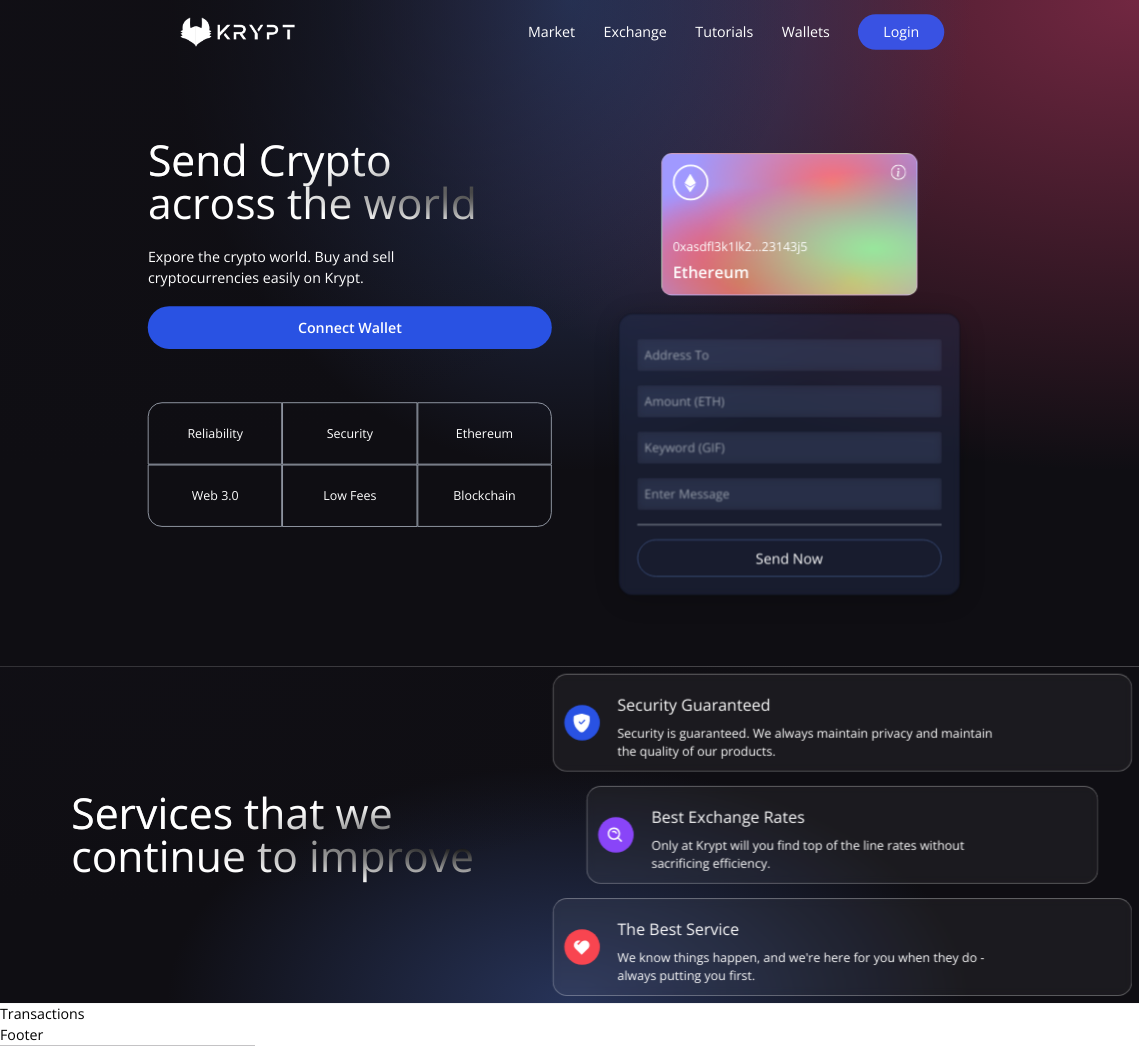
Repository: stephan-chiorean/krypt
Page: / (app in client/)
These files come from the project's save history. The page is drawn as it stood at one moment and after the next save; the edit follows.
The browser window is 1280 px wide. The pictures show the whole page, at 89% of full size.
The project was rebuilt for these pictures with package versions that can differ from the ones it lists, and the page was loaded fresh each time. Also part of the build but not shown: client/vite.config.js, client/src/components/Loader.jsx.

Above is the page before, as saved 2023-03-29 19:22:57.

### client/src/main.jsx
import React from 'react'
import ReactDOM from 'react-dom/client'
import App from './App'
import {TransactionProvider} from './context/TransactionContext';
import './index.css'

ReactDOM.createRoot(document.getElementById('root')).render(
  <TransactionProvider>
  <React.StrictMode>
    <App />
  </React.StrictMode>
  </TransactionProvider>,
)

### client/src/App.jsx
import {Navbar, Welcome, Footer, Services, Transactions} from './components';

const App = () => {

  return (
    <div className="min-h-screen">
      <div className="gradient-bg-welcome">
        <Navbar/>
        <Welcome/>
      </div>
      <Services/>
      <Transactions/>
      <Footer/>
    </div>
  )
}

export default App

### client/src/context/TransactionContext.jsx
import React, { useState, useEffect } from 'react';
import * as ethers from 'ethers';
import { contractABI, contractAddress } from '../utils/constants';

export const TransactionContext = React.createContext();

const { ethereum } = window;

const getEthereumContract = () => {
    console.log(ethers)
  const provider = new ethers.providers.Web3Provider(ethereum);
  const signer = provider.getSigner();
  const transactionContract = new ethers.Contract(
    contractAddress,
    contractABI,
    signer
  );

  return transactionContract;

//   console.log({
//     provider,
//     signer,
//     transactionContract,
//   });
};

export const TransactionProvider = ({ children }) => {
  const [connectedAccount, setConnectedAccount] = useState('');
  const [formData, setFormData] = useState({ addressTo: '', amount: 0, keyword: '', message: ''});
  const [isLoading, setIsLoading] = useState(false);
  const [transactionCount, setTransactionCount] = useState(localStorage.getItem('transactionCount'));

  const handleChange = (e, name) => {
    setFormData((prevState) => ({...prevState, [name]: e.target.value}));
  }

  const checkIfWalletIsConnected = async () => {
    try {
      if (!ethereum) return alert('Please install metamask');

      const accounts = await ethereum.request({ method: 'eth_accounts' });
      if (accounts.length) {
        setConnectedAccount(accounts[0]);
      } else {
        console.log('No accounts found');
      }
      console.log(accounts);
    } catch (err) {
      console.error(err);
      throw new Error('No ethereum object');
    }
  };

  const connectWallet = async () => {
    try {
      if (!ethereum) return alert('Please install metamask');

      const accounts = await ethereum.request({
        method: 'eth_requestAccounts',
      });

      setConnectedAccount(accounts[0]);
      console.log('CONNECTED', connectedAccount);
    } catch (err) {
      console.error(err);
      throw new Error('No ethereum object.');
    }
  };

  const sendTransaction = async() => {
    try {
        if(!ethereum) return alert("Please install metamask");
        const {addressTo, amount, keyword, message} = formData;
        const transactionContract = getEthereumContract();
        const parsedAmount = ethers.utils.parseEther(amount);

        await ethereum.request({
            method: 'eth_sendTransaction',
            params: [{
                from: connectedAccount,
                to: addressTo,
                gas: '0x5208', //21000 gwei
                value: parsedAmount._hex,
            }]
        })

        const transactionHash = await transactionContract.addToBlockchain(addressTo, parsedAmount, message, keyword);
        setIsLoading(true);
        console.log(`Loading - ${transactionHash.hash}`);
        await transactionHash.wait();
        setIsLoading(false);
        console.log(`Success - ${transactionHash.hash}`)

        const transactionCount = await transactionContract.getTransactionCount();
        setTransactionCount(transactionCount.toNumber())


    } catch(err) {
        console.error(err);
    }
  }

  useEffect(() => {
    checkIfWalletIsConnected();
  }, []);
  return (
    <TransactionContext.Provider value={{ connectWallet, connectedAccount, formData, setFormData, handleChange, sendTransaction }}>
      {children}
    </TransactionContext.Provider>
  );
};

### client/src/components/index.js
export {default as Loader} from './Loader';
export {default as Navbar} from './Navbar';
export {default as Footer} from './Footer';
export {default as Welcome} from './Welcome';
export {default as Transactions} from './Transactions';
export {default as Services} from './Services';

### client/src/utils/constants.js
import abi from './Transactions.json';

export const contractABI = abi.abi;
export const contractAddress = '0x48d319b761e733246BF575C86d399bB8EDdA6dEf';

### client/src/components/Navbar.jsx
import { HiMenuAlt4 } from 'react-icons/hi';
import { AiOutlineClose } from 'react-icons/ai';
import { useState } from 'react';

import logo from '../../images/logo.png';

const NavbarItem = ({ title, classProps }) => {
  return <li className={`mx-4 cursor-pointer ${classProps}`}>{title}</li>;
};
export default () => {
  const [toggleMenu, setToggleMenu] = useState(false);
  return (
    <nav className='w-full flex md:justify-center justify-between items-center p-4'>
      <div className='md:flex-[0.5] flex-initial justify-center items-center'>
        <img src={logo} alt='logo' className='w-32 cursor-pointer' />
      </div>
      <ul className='text-white md:flex hidden list-none flex-row justify-between items-center flex-initial'>
        {['Market', 'Exchange', 'Tutorials', 'Wallets'].map((item, index) => (
          <NavbarItem key={item + index} title={item} />
        ))}
        <li className='bg-[#3952e3] py-2 px-7 mx-4 rounded-full cursor-pointer hover:bg-[#2546bd]'>
          Login
        </li>
      </ul>
      <div className='flex relative'>
        {toggleMenu ? (
          <AiOutlineClose
            fontSize={28}
            className='text-white md:hidden cursor-pointer'
            onClick={() => setToggleMenu(false)}
          />
        ) : (
          <HiMenuAlt4
            fontSize={28}
            className='text-white md:hidden cursor-pointer'
            onClick={() => setToggleMenu(true)}
          />
        )}
        {toggleMenu && (
          <ul className="z-10 fixed top-0 -right-2 p-3 w-[70vw] h-screen shadow-2xl md:hidden list-none flex flex-col justify-start items-end rounded-md blue-glassmorphism text-white animate-slide-in">
            <li className='text-xl w-full my-2'>
              <AiOutlineClose onClick={() => setToggleMenu(false)} className="cursor-pointer"/>
            </li>
            {['Market', 'Exchange', 'Tutorials', 'Wallets'].map(
              (item, index) => (
                <NavbarItem key={item + index} title={item} classProps="my-2 text-lg"/>
              )
            )}
          </ul>
        )}
      </div>
    </nav>
  );
};

### client/src/components/Footer.jsx
import React from 'react'

export default() => {
  return (
    <div>Footer</div>
  )
}

### client/src/components/Welcome.jsx
import { AiFillPlayCircle } from 'react-icons/ai';
import { SiEthereum } from 'react-icons/si';
import { BsInfoCircle } from 'react-icons/bs';
import { TransactionContext } from '../context/TransactionContext';
import React, { useContext } from 'react';
import { Loader } from './';
const commonStyles =
  'min-h-[70px] sm:px-0 px-2 sm:min-w-[120px] flex justify-center items-center border-[0.5px] border-gray-400 text-sm font-light text-white';

const Input = ({ placeholder, name, type, value, handleChange }) => (
  <input
    placeholder={placeholder}
    type={type}
    step='0.0001'
    value={value}
    onChange={(e) => handleChange(e, name)}
    className='my-2 w-full rounded-sm p-2 outline-none text-white border-none text-sm white-glassmorphism'
  />
);
export default () => {
  const {
    connectWallet,
    connectedAccount,
    formData,
    sendTransaction,
    handleChange,
  } = useContext(TransactionContext);
  const handleSubmit = (e) => {
    const { addressTo, amount, keyword, message } = formData;
    e.preventDefault();

    if (!addressTo || !amount || !keyword || !message) return;
    sendTransaction();
  };
  return (
    <div className='flex w-full justify-center items-center'>
      <div className='flex md:flex-row flex-col itesm-start justify-between md:p-20 py-12 px-4'>
        <div className='flex flex-1 justify-start flex-col md:mr-10'>
          <h1 className='text-3xl sm:text-5xl text-white text-gradient py-1'>
            Send Crypto <br /> across the world
          </h1>
          <p className='text-left mt-5 text-white font-light md:w-9/12 w-11/12 text-base'>
            Expore the crypto world. Buy and sell cryptocurrencies easily on
            Krypt.
          </p>
          {!connectedAccount && (
            <button
              type='button'
              onClick={connectWallet}
              className='flex flex-row justify-center items-center my-5 bg-[#2952e3] p-3 rounded-full cursor-pointer hover:bg-[#2546bd]'
            >
              <p className='text-white text-base font-semibold'>
                Connect Wallet
              </p>
            </button>
          )}

          <div className='grid sm:grid-cols-3 grid-cols-2 w-full mt-10'>
            <div className={`rounded-tl-2xl ${commonStyles}`}>Reliability</div>
            <div className={commonStyles}>Security</div>
            <div className={`sm:rounded-tr-2xl ${commonStyles}`}>Ethereum</div>
            <div className={`sm:rounded-bl-2xl ${commonStyles}`}>Web 3.0</div>
            <div className={commonStyles}>Low Fees</div>
            <div className={`rounded-br-2xl ${commonStyles}`}>Blockchain</div>
          </div>
        </div>

        <div className='flex flex-col flex-1 items-center justify-start w-full md:mt-0 mt-10'>
          <div className='p-3 justify-end items-start flex-col rounded-xl h-40 sm:w-72 w-full my-5 eth-card white-glassmorphism'>
            <div className='flex justify-between flex-col w-full h-full'>
              <div className='flex justify-between items-start'>
                <div className='w-10 h-10 rounded-full border-2 border-white flex justify-center items-center'>
                  <SiEthereum fontSize={21} color='#fff' />
                </div>
                <BsInfoCircle fontSize={17} color='#fff' />
              </div>
              <div>
                <p className='text-white font-light text-sm'>
                  0xasdfl3k1lk2...23143j5
                </p>
                <p className='text-white font-semibold text-lg mt-1'>
                  Ethereum
                </p>
              </div>
            </div>
          </div>

          <div className='p-5 sm:w-96 w-full flex flex-col justify-start items-center blue-glassmorphism'>
            <Input
              placeholder='Address To'
              name='addressTo'
              type='text'
              handleChange={handleChange}
            />
            <Input
              placeholder='Amount (ETH)'
              name='amount'
              type='number'
              handleChange={handleChange}
            />
            <Input
              placeholder='Keyword (GIF)'
              name='keyword'
              type='text'
              handleChange={handleChange}
            />
            <Input
              placeholder='Enter Message'
              name='message'
              type='text'
              handleChange={handleChange}
            />
            <div className='h-[1px] w-full bg-gray-400 my-2' />
            {false ? (
              <Loader />
            ) : (
              <button
                type='submit'
                onClick={handleSubmit}
                className='text-white w-full mt-2 border-[1px] p-2 border-[#3d4f7c] rounded-full cursor-pointer'
              >
                Send Now
              </button>
            )}
          </div>
        </div>
      </div>
    </div>
  );
};

### client/src/components/Transactions.jsx
import React from 'react'

export default() => {
  return (
    <div>Transactions</div>
  )
}

### client/src/components/Services.jsx
import React from 'react';
import { BsShieldFillCheck } from 'react-icons/bs';
import { BiSearchAlt } from 'react-icons/bi';
import { RiHeart2Fill } from 'react-icons/ri';

const ServiceCard = ({color, title, icon, subtitle}) => (
  <div className='flex flex-row justify-start items-center white-glassmorphism p-3 m-2 cursor-pointer hover:shadow-xl'>
    <div className={`w-10 h-10 rounded-full flex justify-center items-center ${color}`}>
      {icon}
    </div>
    <div className="ml-5 flex flex-col flex-1">
      <h1 className="mt-2 text-white text-lg">{title}</h1>
      <p className="mt-2 text-white text-sm md:w-9/12">{subtitle}</p>
    </div>
  </div>
);
export default () => {
  return (
    <div className='flex w-full justify-center items-center gradient-bg-services'>
      <div className='flex md:flex-row flex-col items-center justify-between md:p-20 py-12 px-4'>
        <div className='flex-1 flex flex-col justify-start items-start'>
          <h1 className='text-white text-3xl sm:text-5xl py-2 text-gradient'>
            Services that we
            <br />
            continue to improve
          </h1>
        </div>
      </div>
      <div className='flex-1 flex flex-col justify-start items-center'>
        <ServiceCard
          color='bg-[#2952e3]'
          title='Security Guaranteed'
          icon={<BsShieldFillCheck fontSize={21} className='text-white' />}
          subtitle="Security is guaranteed. We always maintain privacy and maintain the quality of our products."
        />
        <ServiceCard
          color='bg-[#8945f8]'
          title='Best Exchange Rates'
          icon={<BiSearchAlt fontSize={21} className='text-white' />}
          subtitle="Only at Krypt will you find top of the line rates without sacrificing efficiency."
        />
        <ServiceCard
          color='bg-[#f84550]'
          title='The Best Service'
          icon={<RiHeart2Fill fontSize={21} className='text-white' />}
          subtitle="We know things happen, and we're here for you when they do - always putting you first."
        />
      </div>
    </div>
  );
};

Loaded but not shown: client/index.html (common file); client/src/index.css (common file); client/tailwind.config.js (common file); client/src/utils/Transactions.json (140 lines, source omitted)

After the next save:
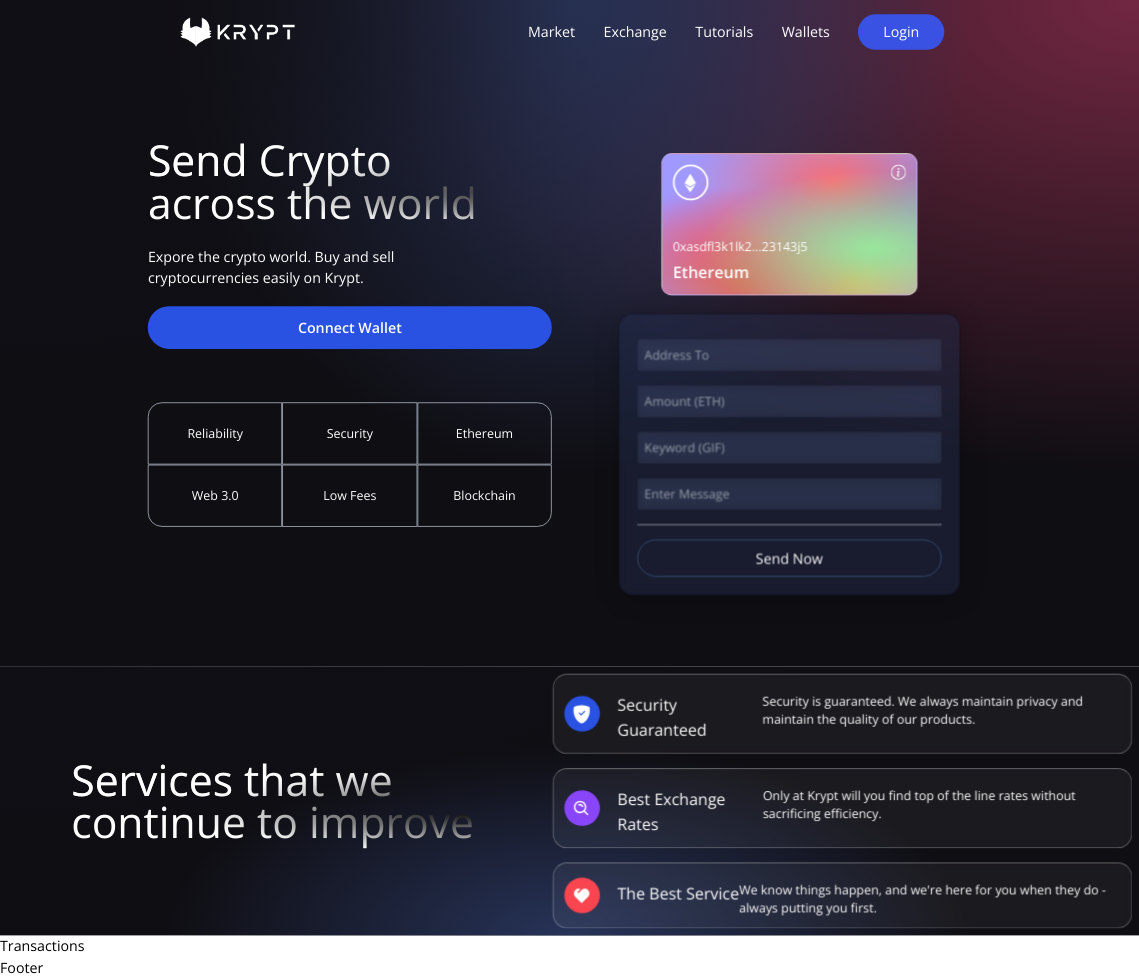
Saved 5 s later.
--- a/client/src/components/Services.jsx
+++ b/client/src/components/Services.jsx
@@ -8,7 +8,7 @@
     <div className={`w-10 h-10 rounded-full flex justify-center items-center ${color}`}>
       {icon}
     </div>
-    <div className="ml-5 flex flex-col flex-1">
+    <div className="ml-5 flex flex-row flex-1">
       <h1 className="mt-2 text-white text-lg">{title}</h1>
       <p className="mt-2 text-white text-sm md:w-9/12">{subtitle}</p>
     </div>

After the save that followed:
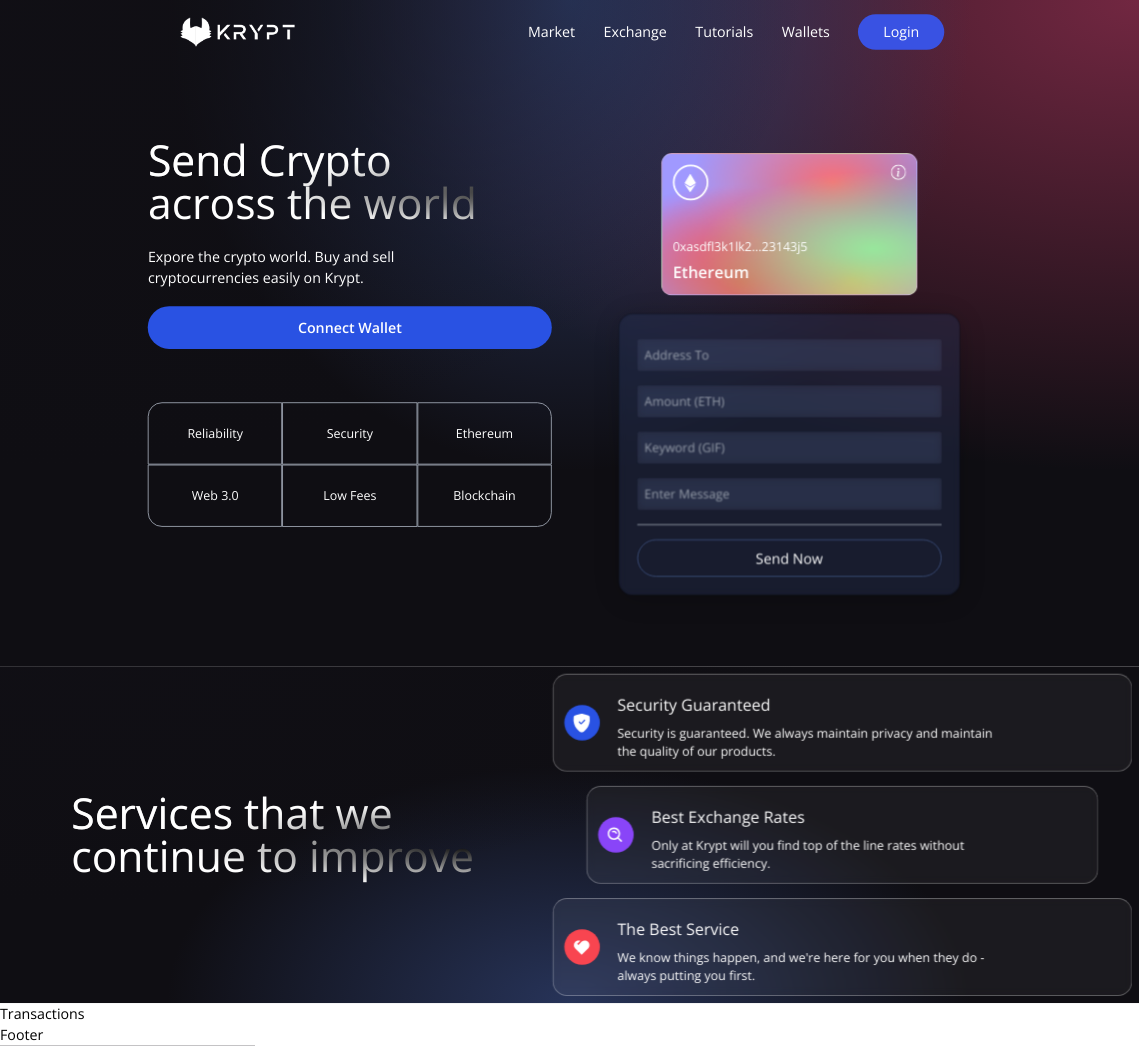
Saved 9 s later.
--- a/client/src/components/Services.jsx
+++ b/client/src/components/Services.jsx
@@ -8,7 +8,7 @@
     <div className={`w-10 h-10 rounded-full flex justify-center items-center ${color}`}>
       {icon}
     </div>
-    <div className="ml-5 flex flex-row flex-1">
+    <div className="ml-5 flex flex-col flex-1">
       <h1 className="mt-2 text-white text-lg">{title}</h1>
       <p className="mt-2 text-white text-sm md:w-9/12">{subtitle}</p>
     </div>
